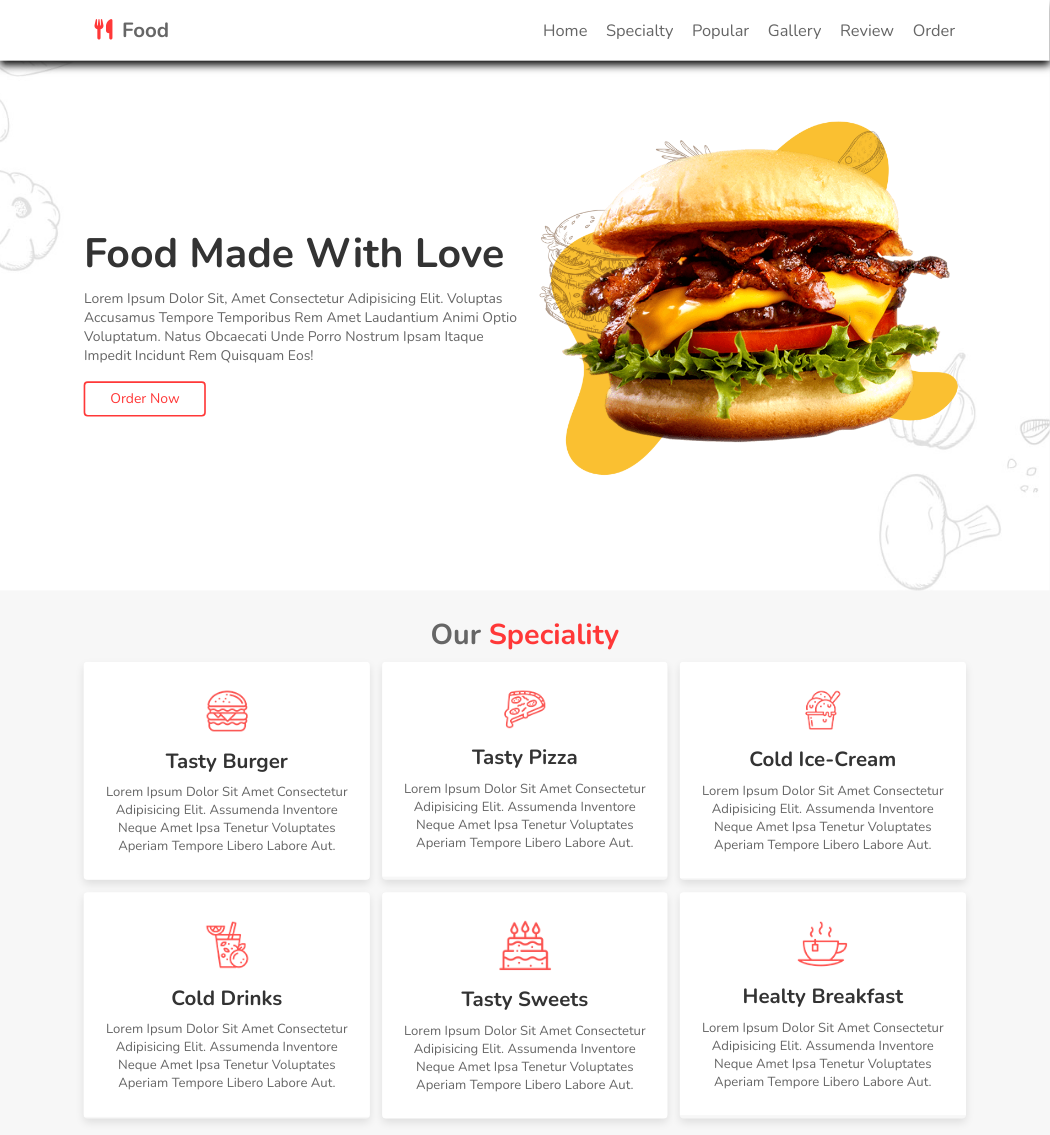
Repository: wenxi0504/ResturantApp-static-
Page: index.html
The author's editor kept a copy of each file at every save. The page is drawn from the files as they stood at one save, then again after the next save.
The browser window is 1280 px wide. The pictures show the whole page, at 82% of full size.

Above is the page before, as saved 2022-01-09 23:52:00.
Console error: TypeError: Cannot read properties of null (reading 'classList')

### index.html
<!DOCTYPE html>
<html lang="en">
  <head>
    <meta charset="UTF-8" />
    <meta http-equiv="X-UA-Compatible" content="IE=edge" />
    <meta name="viewport" content="width=device-width, initial-scale=1.0" />
    <title>Maple Yip Seafood Restaurant</title>
    <!-- font awesome cnd link-->
    <link
      rel="stylesheet"
      href="https://cdnjs.cloudflare.com/ajax/libs/font-awesome/6.0.0-beta3/css/all.min.css"
    />
    <!--custom css link-->
    <link rel="stylesheet" href="./style.css" />
  </head>
  <body>
    <!--header section-->
    <header>
      <!-- current page-->
      <a href="#" class="logo"><i class="fas fa-utensils"></i> food </a>
      <div id="menu-bar" class="fas fa-bars"></div>
      <nav class="navbar">
        <a href="#home">Home</a>
        <a href="#speciality">Specialty</a>
        <a href="#popular">Popular</a>
        <a href="#gallery">gallery</a>
        <a href="#revire">Review</a>
        <a href="#order">Order</a>
      </nav>
    </header>
    <!-- header section ends-->
    <!--home section-->
    <section class="home" id="home">
      <div class="content">
        <h3>food made with love</h3>
        <p>
          Lorem ipsum dolor sit, amet consectetur adipisicing elit. Voluptas
          accusamus tempore temporibus rem amet laudantium animi optio
          voluptatum. Natus obcaecati unde porro nostrum ipsam itaque impedit
          incidunt rem quisquam eos!
        </p>
        <a href="#" class="btn">order now</a>
      </div>
      <div class="image">
        <img src="images/home-img.png" alt="home-img" />
      </div>
    </section>
    <!--home section ends-->

<!--Specialty section -->
<section class="speciality" id="speciality">
    <h1 class="heading">Our <span>Speciality</span></h1>
    <div class="box-container">
        <div class="box">
            <img class="image" src="images/s-img-1.jpg" alt="s-image">
            <div class="content">
                <img src="images/s-1.png" alt="s-1">
                <h3>tasty burger</h3>
                <p>Lorem ipsum dolor sit amet consectetur adipisicing elit. Assumenda inventore neque amet ipsa tenetur voluptates aperiam tempore libero labore aut.</p>
            </div>
        </div>
        <div class="box">
            <img class="image" src="images/s-img-2.jpg" alt="">
            <div class="content">
                <img src="images/s-2.png" alt="">
                <h3>tasty pizza</h3>
                <p>Lorem ipsum dolor sit amet consectetur adipisicing elit. Assumenda inventore neque amet ipsa tenetur voluptates aperiam tempore libero labore aut.</p>
            </div>
        </div>
        <div class="box">
            <img class="image" src="images/s-img-3.jpg" alt="">
            <div class="content">
                <img src="images/s-3.png" alt="">
                <h3>cold ice-cream</h3>
                <p>Lorem ipsum dolor sit amet consectetur adipisicing elit. Assumenda inventore neque amet ipsa tenetur voluptates aperiam tempore libero labore aut.</p>
            </div>
        </div>
        <div class="box">
            <img class="image" src="images/s-img-4.jpg" alt="">
            <div class="content">
                <img src="images/s-4.png" alt="">
                <h3>cold drinks</h3>
                <p>Lorem ipsum dolor sit amet consectetur adipisicing elit. Assumenda inventore neque amet ipsa tenetur voluptates aperiam tempore libero labore aut.</p>
            </div>
        </div>
        <div class="box">
            <img class="image" src="images/s-img-5.jpg" alt="">
            <div class="content">
                <img src="images/s-5.png" alt="">
                <h3>tasty sweets</h3>
                <p>Lorem ipsum dolor sit amet consectetur adipisicing elit. Assumenda inventore neque amet ipsa tenetur voluptates aperiam tempore libero labore aut.</p>
            </div>
        </div>
        <div class="box">
            <img class="image" src="images/s-img-6.jpg" alt="">
            <div class="content">
                <img src="images/s-6.png" alt="">
                <h3>healty breakfast</h3>
                <p>Lorem ipsum dolor sit amet consectetur adipisicing elit. Assumenda inventore neque amet ipsa tenetur voluptates aperiam tempore libero labore aut.</p>
            </div>
        </div>
    </div>
</section>
<!--Specialty section ends-->
    <!--custom js file link-->
    <script src="script.js"></script>
  </body>
</html>

### style.css
@import url('https://fonts.googleapis.com/css2?family=Nunito:wght@200;300;400;600;700&display=swap');

:root{
--red:#ff3838;
}
 /* match everything */
*{
    font-family: 'Nunito', sans-serif;
    margin:0;
    padding:0;
    box-sizing:border-box;
    outline:none;
    border:none;
    text-decoration: none;
    /* text 大小写 */
    text-transform: capitalize;
    transition: all .2s linear;
}

/* the part that the user choose to highlight */
*::selection{
    background:var(--red);
    color:#fff;
  }

html{
    font-size: 62.5%;
    overflow-x: hidden;
    scroll-behavior: smooth;
    scroll-padding-top:6rem;
}

body{
    background: #f7f7f7;
}

header{
    position:fixed;
    top:0;
    left:0;
    right: 0;
    z-index:1000;
    display: flex;
    align-items: center;
    justify-content: space-between;
    background:#fff;
    padding:2rem 9%;
    box-shadow: 0 .5rem 1rem rgba(0,0,0,1);

}

header .logo{
    font-size:2.5rem;
    font-weight: bolder;
    color:#666;
}

header .logo i{
    padding-right: .5rem;
    color:var(--red);
}

header .navbar a{
    font-size: 2rem;
    margin-left: 2rem;
    color:#666;
  }

header .navbar a:hover{

    color:var(--red);
}

#menu-bar{

    font-size:3rem;
    cursor:pointer;
    color:#666;
    border:.1rem solid #666;
    border-radius: .3rem;
    padding:.5rem 1.5rem;
    display: none;
}
/* section part  */
section{
  padding: 2rem 8%;
}

.home{
  display:flex;
  flex-wrap: wrap;
  gap:1.5rem;
  min-height:100vh;
  align-items:center;
  background:url(./images/home-bg.jpg) no-repeat;
  background-size:cover;
  background-position: center;
}

.home .content{
  flex: 1 1 40rem;
  padding-top: 6.5rem;
}

.home .image{
  flex: 1 1 40rem;
}

/* image floating upside-down */
.home .image img{
  width:100%;
  padding:1rem;
  animation:float 3s linear infinite;
}

@keyframes float{
  0%, 100%{
    transform:translateY(0rem);
  }
  50%{
    transform:translateY(3rem);
  }
}

.home .content h3{
font-size: 5rem;
color:#333;
}

.home .content p{
  font-size: 1.7rem;
  color:#666;
  padding:1rem 0;
}

/* order button */
.btn{
  display: inline-block;
  padding:.8rem 3rem;
  border:.2rem solid var(--red);
  color:var(--red);
  cursor: pointer;
  font-size:1.7rem;
  border-radius:.5rem;
  position: relative;
  overflow: hidden;
  z-index: 0;
  margin-top: 1rem;
}

.btn::before{
  content: '';
  position: absolute;
  top:0; right: 0;
  width:0%;
  height:100%;
  background:var(--red);
  transition: .3s linear;
  z-index: -1;
}

.btn:hover::before{
  width:100%;
  left:0;
}

.btn:hover{
  color:#fff;
}

/* Speciality */
/* Our Speciality */
.heading{
  text-align:center;
  font-size:3.5rem;
  padding:1rem;
  color:#666
}

.heading span{
  color:var(--red);
}

.speciality .box-container{
  display: flex;
  flex-wrap: wrap;
  gap:1.5rem;
}

.speciality .box-container .box{
  flex:1 1 30rem;
  position: relative;
  overflow: hidden;
  box-shadow: 0 .5rem 1rem rgba(0,0,0,.1);
  cursor: pointer;
  border-radius:.5rem;

}

.speciality .box-container .box .image{
  height: 100%;
  width: 100%;
  object-fit: cover;
  position: absolute;
  top:-100%;
  left:0;
}

.speciality .box-container .box .content{
  text-align: center;
  background:#fff;
  padding:2rem;
}

.speciality .box-container .box .content img{
  margin:1.5rem 0;
}

.speciality .box-container .box .content h3{
  font-size: 2.5rem;
  color:#333;
}

.speciality .box-container .box .content p{
  font-size: 1.6rem;
  color:#666;
  padding:1rem 0;
}

.speciality .box-container .box:hover .image{
  top:0;
}

.speciality .box-container .box:hover .content{
  transform: translateY(100%);
}





/* media queries for different devices */


@media(max-width:991px){

    html{
      font-size: 55%;
    }

    header{
      padding:2rem;
    }

    section{
      padding:2rem;
    }

  }

  @media(max-width:768px){

    #menu-bar{
      display: initial;
    }

    header .navbar{
      position: absolute;
      top:100%; left: 0; right:0;
      background: #f7f7f7;
      border-top: .1rem solid rgba(0,0,0,.1);
      clip-path: polygon(0 0, 100% 0, 100% 0%, 0 0);
    }

    header .navbar.active{
      clip-path: polygon(0 0, 100% 0, 100% 100%, 0% 100%);
    }

    header .navbar a{
      margin: 1.5rem;
      padding:1.5rem;
      display: block;
      border:.2rem solid rgba(0,0,0,.1);
      border-left:.5rem solid var(--red);
      background:#fff;

    }

  }


  @media(max-width:450px){

    html{
      font-size: 50%;
    }

    .order .row form .inputBox input{
      width:100%;}
    }

### script.js
let menu= document.querySelector('#menu-bar');
let navbar=document.querySelector('.navbar');

menu.onclick=()=>{
    // 'fa-time' is "X" icon
    menu.classList.toggle('fa-times');
    navbar.classList.toggle('active');
}

window.onscroll= () =>{
    menu.classList.remove('fa-times');
    navbar.classList.remove('active');

    if(window.scrollY>60)
    {
        document.querySelector('#scroll-top').classList.add('active');
    }
    else
    {   document.querySelector('#scroll-top').classList.remove('active');

    }
}

After the next save:
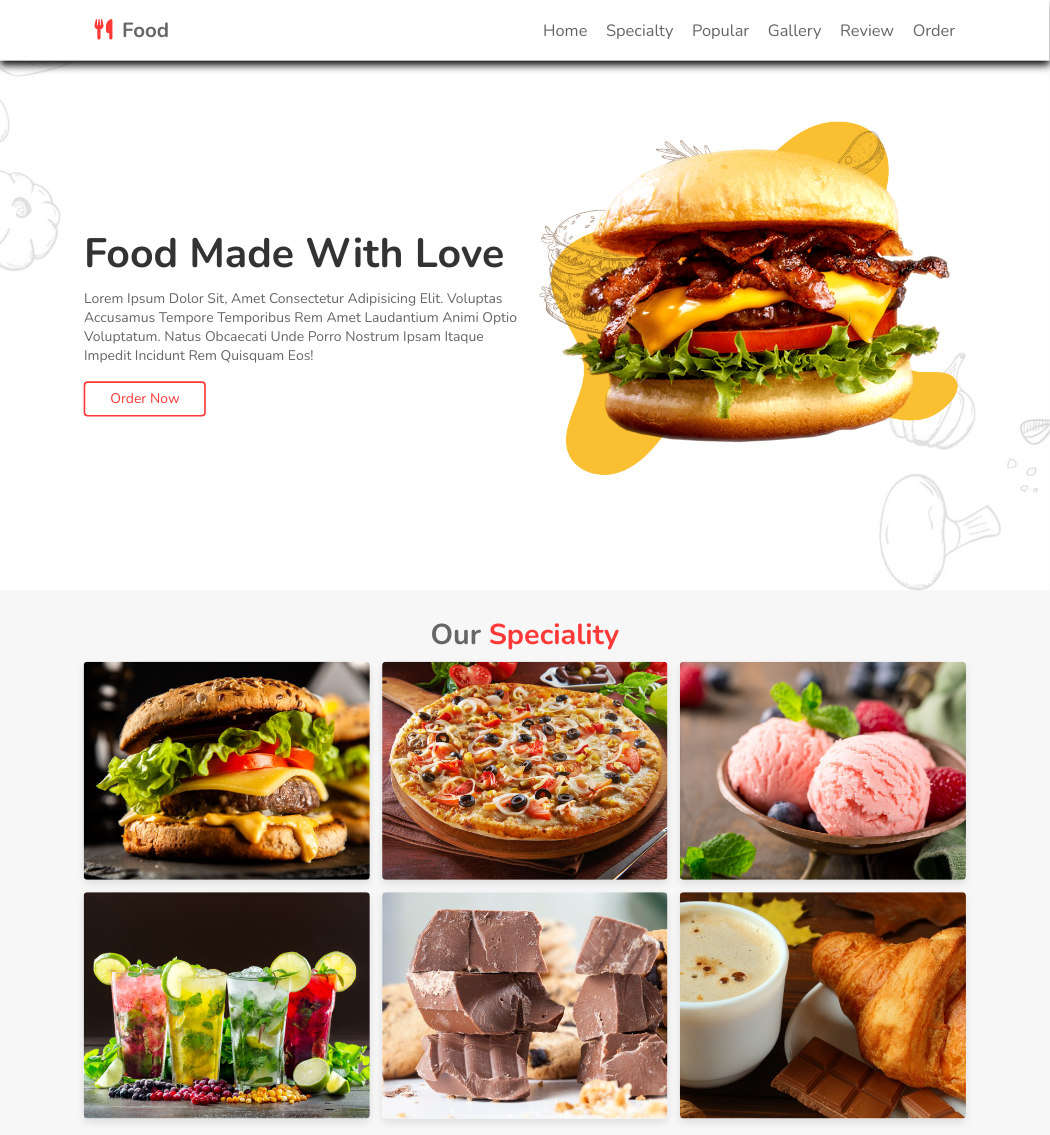
Saved 14 s later.
--- a/style.css
+++ b/style.css
@@ -202,7 +202,7 @@ color:#333;
   width: 100%;
   object-fit: cover;
   position: absolute;
-  top:-100%;
+  top:0%;
   left:0;
 }
 
